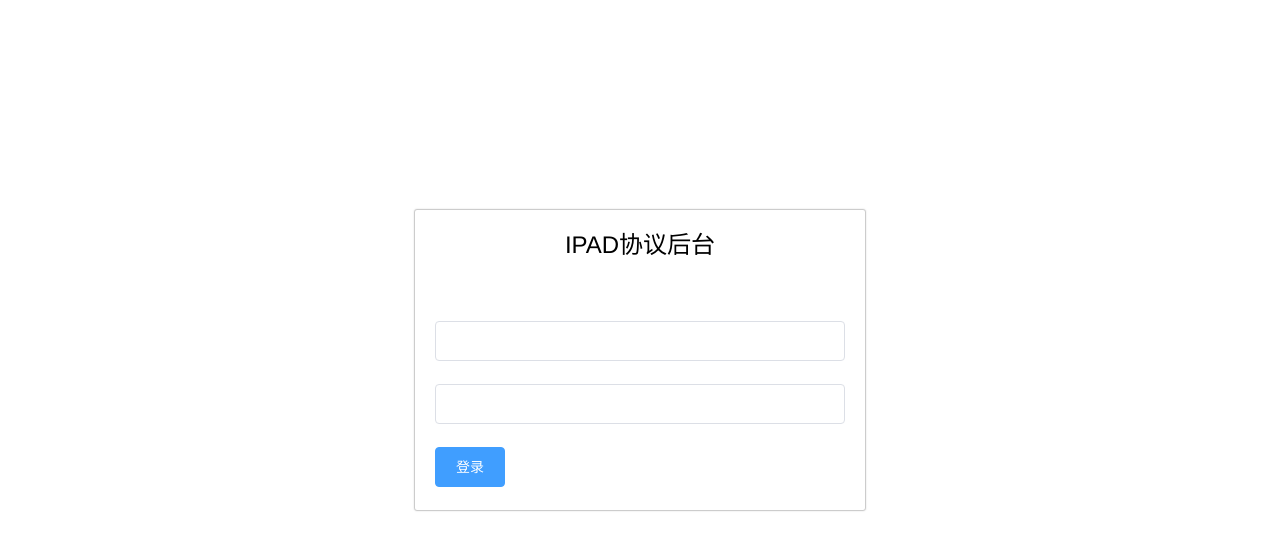
Repository: Iamanuan/ipad_admin
Page: /
These files come from the project's save history. The page is drawn as it stood at one moment and after the next save; the edit follows.
The browser window is 1280 px wide. The pictures show the whole page.
The project was rebuilt for these pictures with package versions that can differ from the ones it lists, and the page was loaded fresh each time. Also part of the build but not shown: vue.config.js.

Above is the page before, as saved 2020-05-07 13:44:06.

### src/main.js
import Vue from 'vue'
import App from './App.vue'
import router from './router'
import './plugins/element.js'

//

Vue.config.productionTip = false

new Vue({
  router,
  render: h => h(App)
}).$mount('#app')

### src/router/index.js
import Vue from 'vue'
import VueRouter from 'vue-router'

Vue.use(VueRouter)

const Login = () => import('../components/Login.vue')
const Home = () => import('../views/Home.vue')

const routes = [
  {
    path: '/',
    redirect: '/login'
  },
  {
    path: '/login',
    component: Login
  },
  {
    path: '/home',
    component: Home
  }
]

const router = new VueRouter({
  routes
})

export default router

### src/components/Login.vue
<template>
  <div class="login_container">
    <div class="login_box">
      <!-- 管理后台名称区域 -->
      <div class="login_title">IPAD协议后台</div>
      <!-- 登录表单区域 -->
      <el-form label-width="0px" class="login_form">
        <!-- 用户名 -->
        <el-form-item>
          <el-input></el-input>
        </el-form-item>
        <!-- 密码 -->
        <el-form-item>
          <el-input></el-input>
        </el-form-item>
        <!-- 按钮区域 -->
        <el-form-item class="btns">
          <el-button type="primary">登录</el-button>
        </el-form-item>
      </el-form>
    </div>
  </div>
</template>

<script>
export default {
  name: 'login'
}
</script>

<style lang='less' scoped>
.login_container {
  background-color: #2b4b6b;
  height: 100%;
}

.login_box {
  width: 450px;
  height: 300px;
  background-color: #ffffff;
  border-radius: 3px;
  position: absolute;
  top: 50%;
  left: 50%;
  transform: translate(-50%, -50%);
  box-shadow: 0 0 2px #dddddd;
  border: 1px solid #cccccc;

  .login_title{
    font-size: x-large;
    text-align: center;
    height: 69px;
    line-height: 69px;
    font-family: "Helvetica Neue",Helvetica,"PingFang SC","Hiragino Sans GB","Microsoft YaHei","微软雅黑",Arial,sans-serif;
  }
}

.login_form{
  position: absolute;
  bottom: 0;
  padding: 0 20px;
  width: 100%;
  box-sizing: border-box;
}
</style>

Loaded but not shown: public/index.html (common file); src/App.vue (common file); src/plugins/element.js (common file)

After the next save:
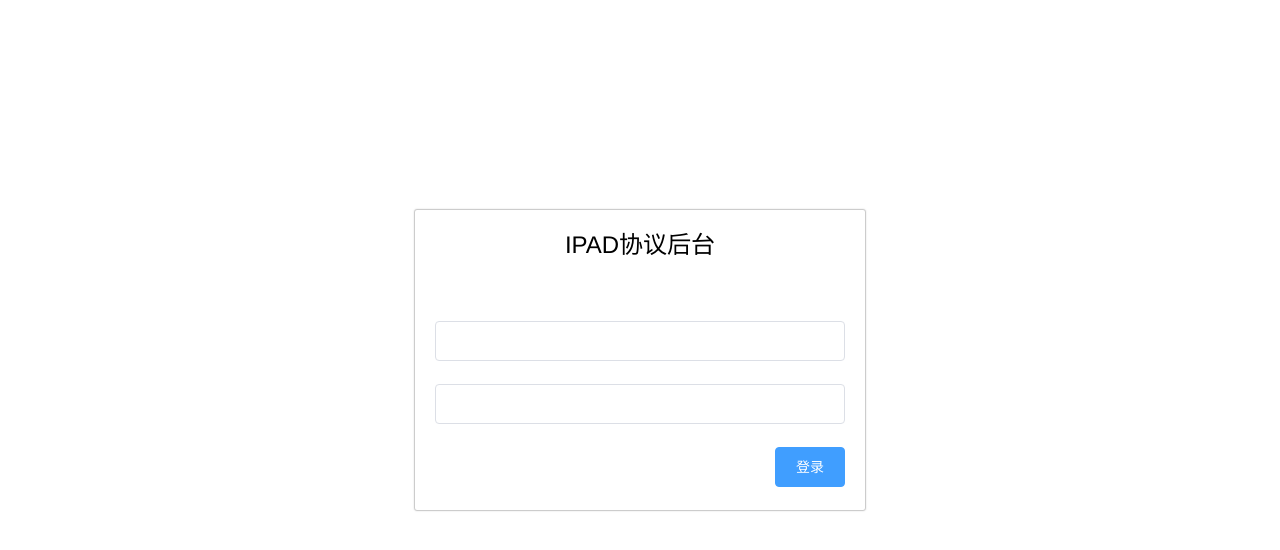
Saved 25 s later.
--- a/src/components/Login.vue
+++ b/src/components/Login.vue
@@ -62,4 +62,9 @@ export default {
   width: 100%;
   box-sizing: border-box;
 }
+
+.btns{
+  display: flex;
+  justify-content: end;
+}
 </style>
